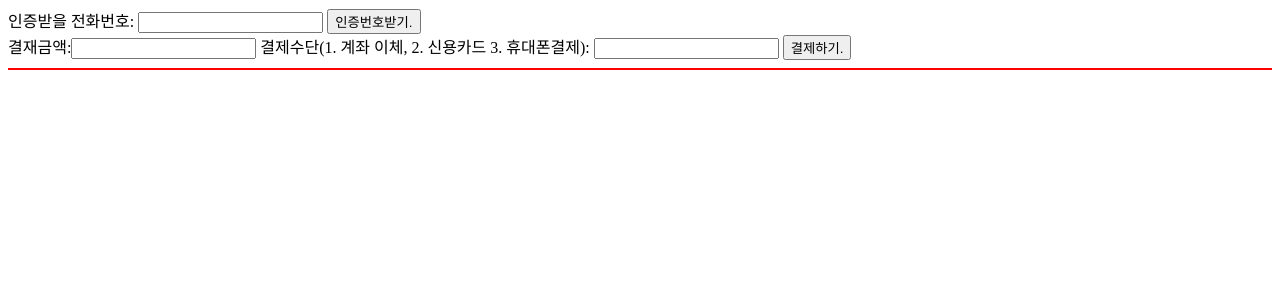
Repository: Yusubin/springEx
Page: http://localhost/spring04/ajax1.jsp
These files come from the project's save history. The page is drawn as it stood at one moment and after the next save; the edit follows.
The browser window is 1280 px wide. The pictures show the whole page.
The page is served by Tomcat 9. Other server files are loaded and not shown.

Above is the page before, as saved 2022-02-17 08:45:46.
Console error: SyntaxError: Unexpected identifier 'payment'

### spring04/src/main/webapp/ajax1.jsp
<%@ page language="java" contentType="text/html; charset=UTF-8"
	pageEncoding="UTF-8"%>

<!DOCTYPE html>
<html>
<head>
<meta charset="UTF-8">
<script src="https://ajax.googleapis.com/ajax/libs/jquery/3.6.0/jquery.min.js"></script>
<title>Insert title here</title>

<script>
$(function(){

	$('#b1').click(function(){
		$.ajax({
			url:"ajax1",
			data:{
				phone: $('#tel').val()
			},
			success: function(x){
				$('#result').html('인증번호는'+x)
			},
			error: function(){
				alert('실패!');
			},

		});
	});



	$('#b2').click(function(y){
		$.ajax({
			url:"ajax2",
			data:{
				money:$('#money').val()
				payment: $('#choice').val()

			},
			success: function(x){
				$('#result1').html("결재할금액은:"+y)
			},
			error: function(){
				alert('실패!');
			},

		});
	});

});
</script>
</head>
<body>

인증받을 전화번호:
<input type="text" id="tel">
<button id="b1">인증번호받기.</button><br>

결재금액:<input type="text" id="money">
결제수단(1. 계좌 이체, 2. 신용카드 3. 휴대폰결제): <input type="text" id="choice">
<button id="b2">결제하기.</button><br>

<hr color="red">
<div id="result"></div>
<div id="result1"></div>
</body>
</html>

After the next save:
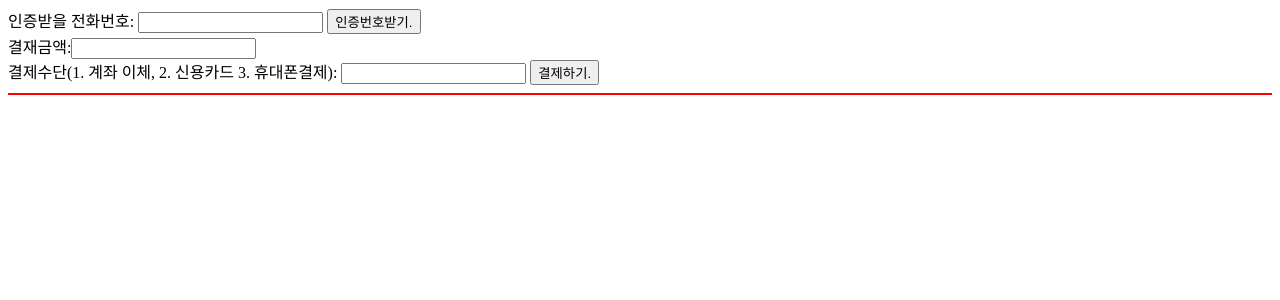
Saved 15 s later.
--- a/spring04/src/main/webapp/ajax1.jsp
+++ b/spring04/src/main/webapp/ajax1.jsp
@@ -56,7 +56,7 @@ $(function(){
 <input type="text" id="tel">
 <button id="b1">인증번호받기.</button><br>
 
-결재금액:<input type="text" id="money">
+결재금액:<input type="text" id="money"><br>
 결제수단(1. 계좌 이체, 2. 신용카드 3. 휴대폰결제): <input type="text" id="choice">
 <button id="b2">결제하기.</button><br>
 
